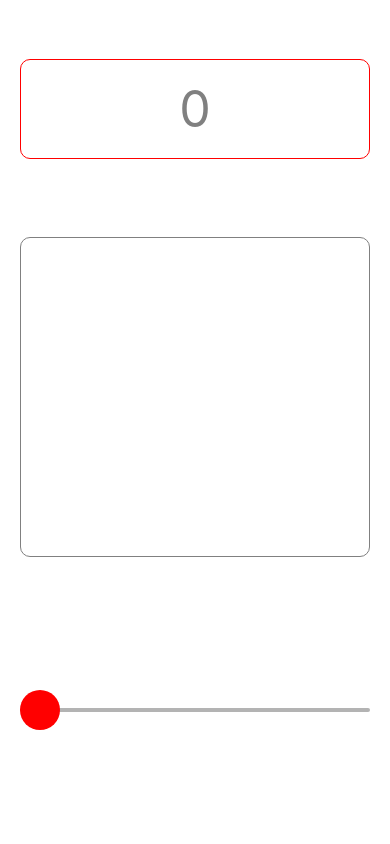
Repository: sonnke/imageResizer
Screen: /
The author's editor kept a copy of each file at every save. The screen is drawn from the files as they stood at one save, then again after the next save.
Pictures or frames that could not be fetched are drawn as grey boxes. The app was drawn by React Native's web renderer in a window 390 px wide. The project was rebuilt for these pictures with package versions that can differ from the ones it lists, and the page was loaded fresh each time.

Above is the screen before, as saved 2020-02-02 21:35:08.

After the next save:
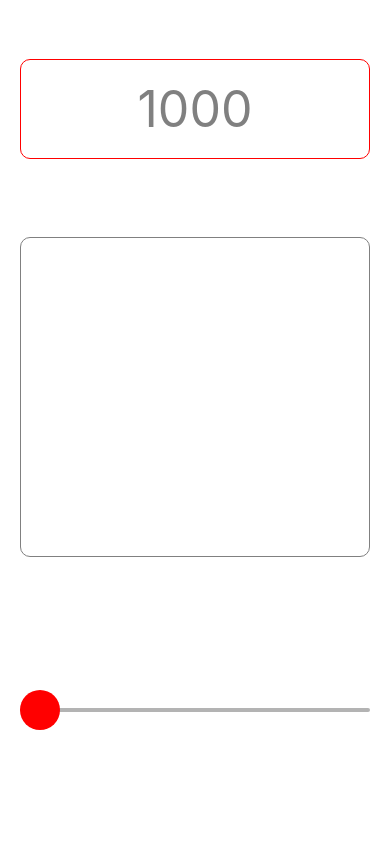
Saved 11 s later.
--- a/App.tsx
+++ b/App.tsx
@@ -85,7 +85,7 @@ export default function App() {
   return (
     <MainContainer>
       <StopWatch>
-        <StopWatchText>{minutes}</StopWatchText>
+        <StopWatchText>{millSeconds}</StopWatchText>
       </StopWatch>
       <ImageContainer>
         <Graphic
